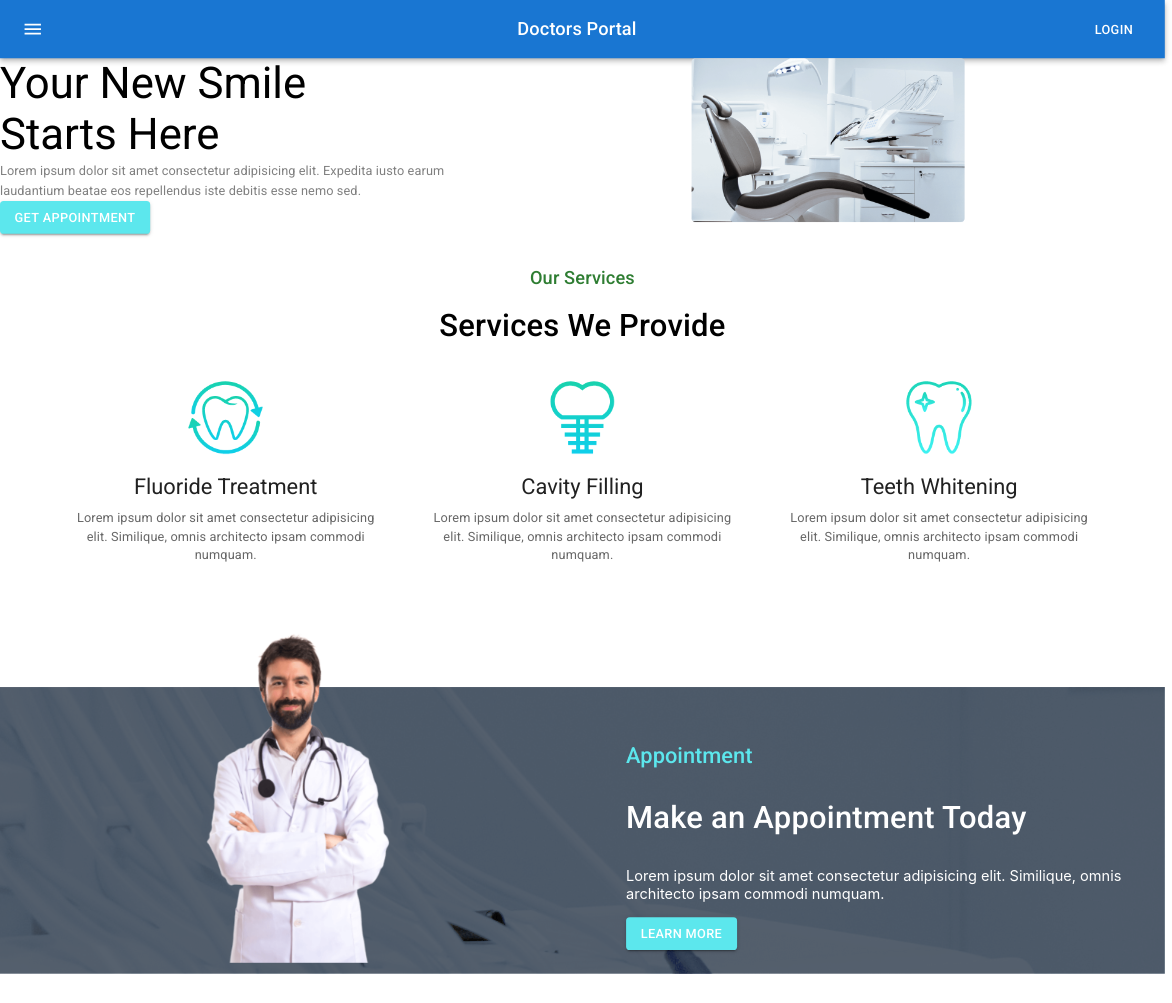
Repository: Sharif-00112/doctors-portal-client
Page: /
The author's editor kept a copy of each file at every save. The page is drawn from the files as they stood at one save, then again after the next save.
The browser window is 1280 px wide. The page is 1288 px wide, so the pictures cover 1288 px, including what lies to the right of the window. The pictures show the whole page, at 91% of full size.
The project was rebuilt for these pictures with package versions that can differ from the ones it lists, and the page was loaded fresh each time.

Above is the page before, as saved 2022-11-01 17:21:20.

After the next save:
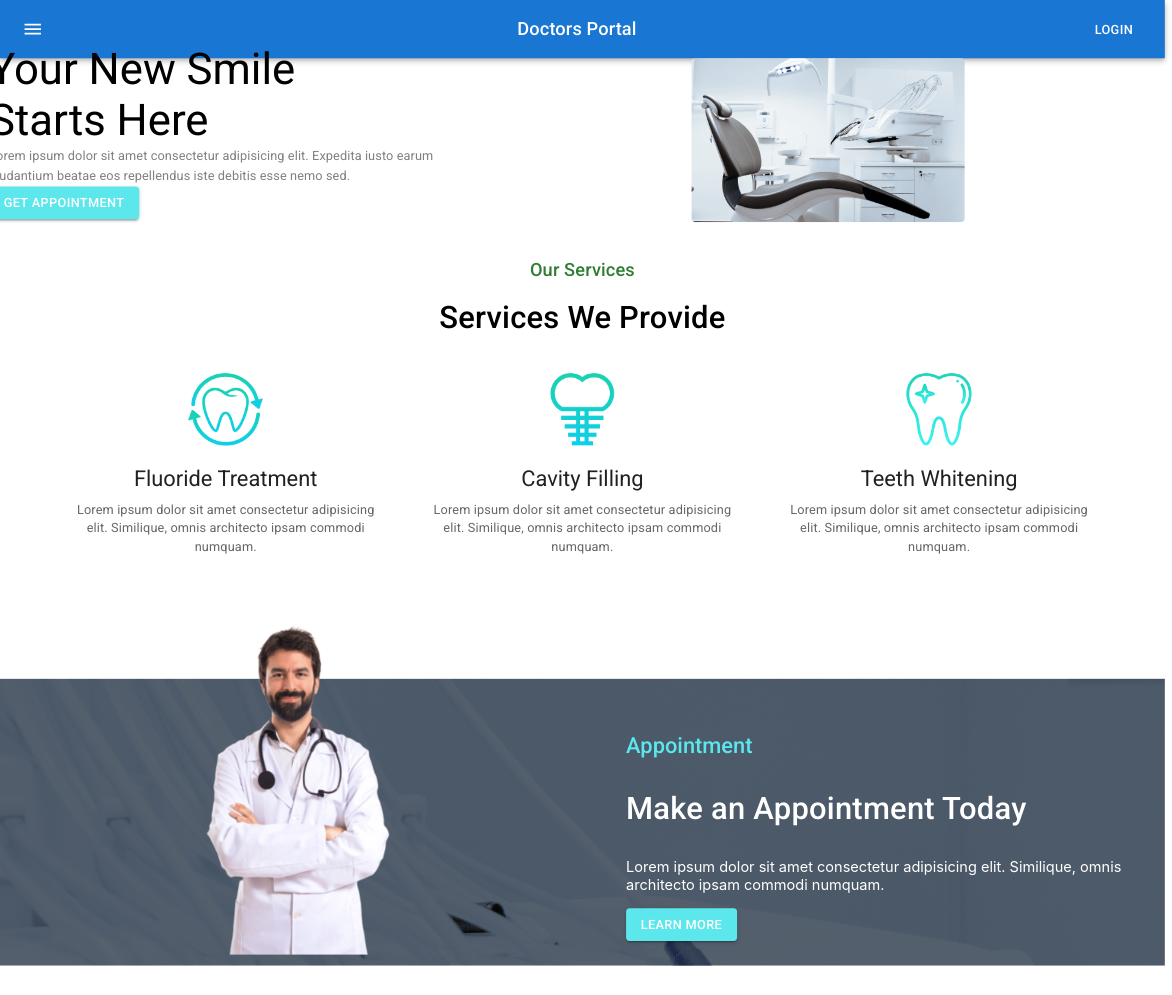
Saved 6 s later.
--- a/src/Pages/Home/Banner/Banner.js
+++ b/src/Pages/Home/Banner/Banner.js
@@ -12,7 +12,7 @@
         <div>
             <Box sx={{ flexGrow: 1 }}>
             <Grid container spacing={2}>
-                <Grid item style={{textAlign: 'left', padding: '0 4'}} xs={12} md={5}>
+                <Grid item style={{textAlign: 'left', padding: '0 4px'}} xs={12} md={5}>
                     <Typography sx={{ }} style={{color: 'black'}} variant="h3" component="div">
                         Your New Smile <br />
                         Starts Here

After the save that followed:
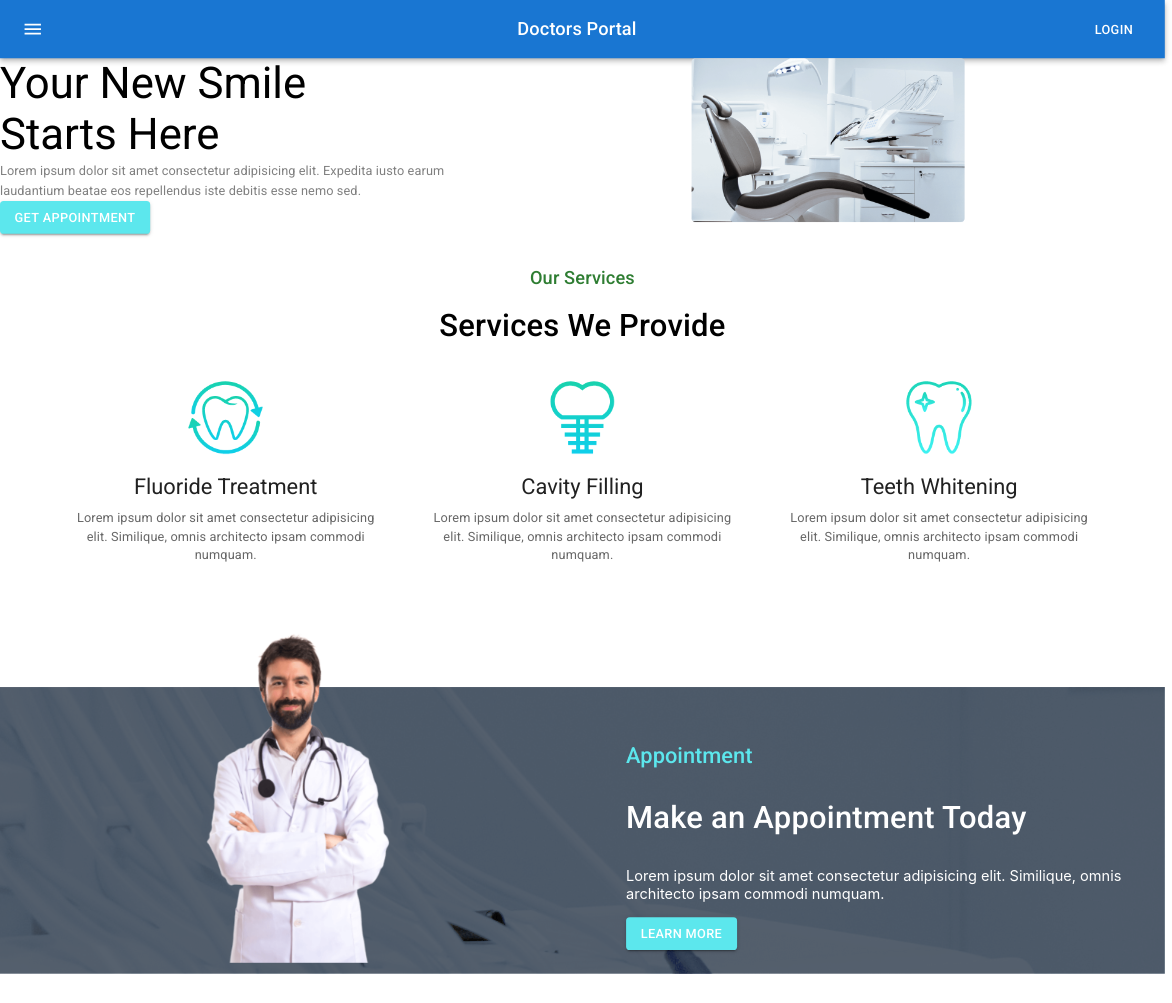
Saved 13 s later.
--- a/src/Pages/Home/Banner/Banner.js
+++ b/src/Pages/Home/Banner/Banner.js
@@ -12,7 +12,7 @@
         <div>
             <Box sx={{ flexGrow: 1 }}>
             <Grid container spacing={2}>
-                <Grid item style={{textAlign: 'left', padding: '0 4px'}} xs={12} md={5}>
+                <Grid item style={{textAlign: 'left'}} xs={12} md={5}>
                     <Typography sx={{ }} style={{color: 'black'}} variant="h3" component="div">
                         Your New Smile <br />
                         Starts Here
